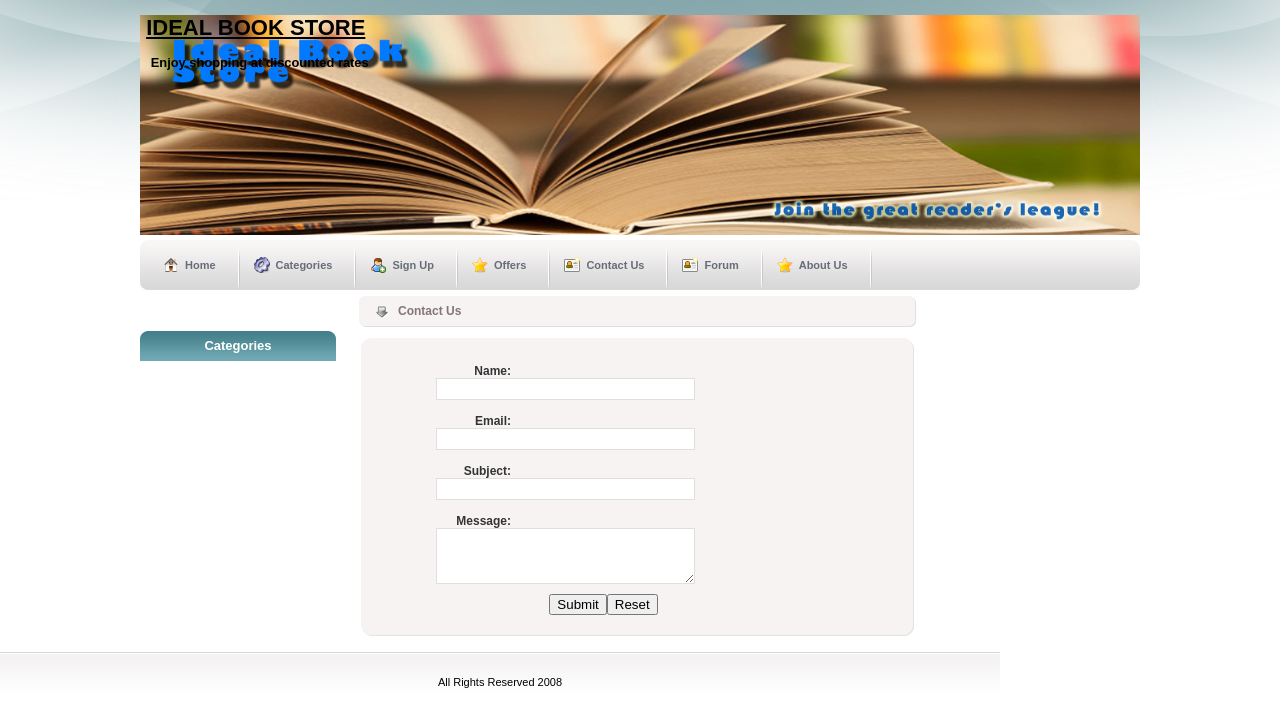
Repository: tusharjain887/Online-Book-Sales
Page: http://localhost/OnlineBook/contact.jsp
These files come from the project's save history. The page is drawn as it stood at one moment and after the next save; the edit follows.
The browser window is 1280 px wide. The pictures show the whole page.
The page is served by Tomcat 9. Queries for data that is not in the repository find no rows.

Above is the page before, as saved 2013-04-09 10:20:22.

After the next save:
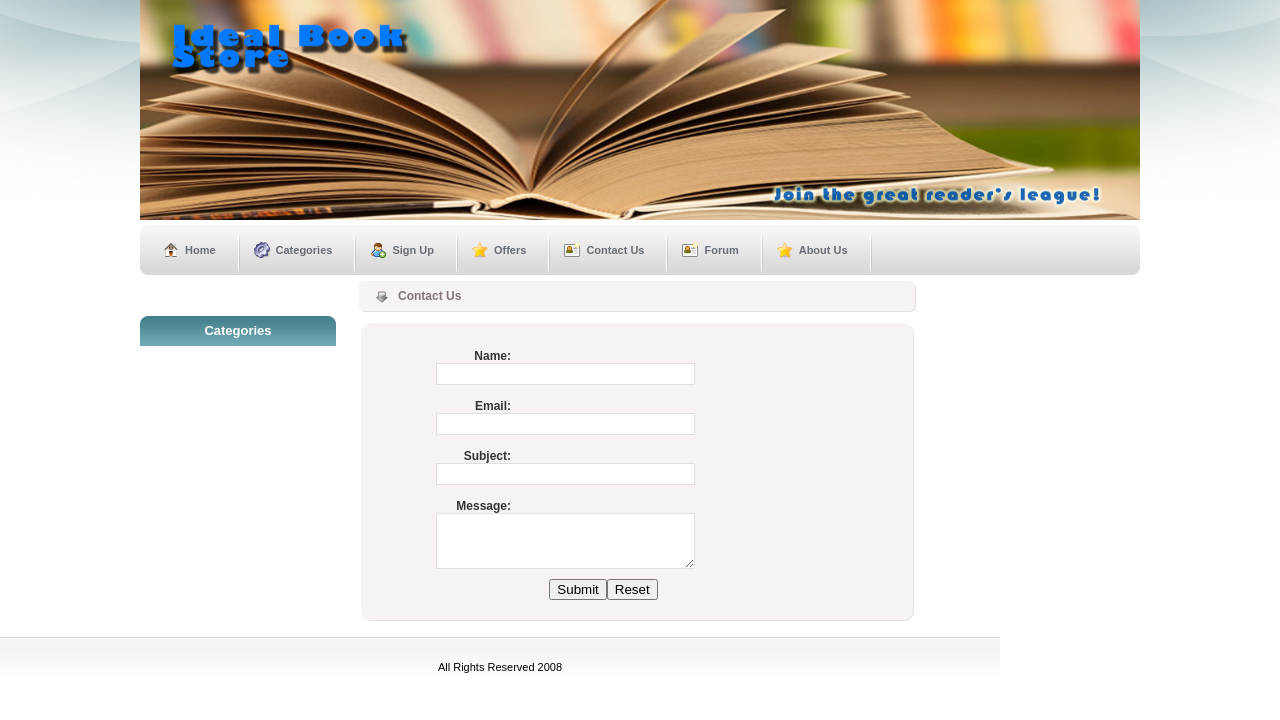
Saved 93 s later.
--- a/PROJECT/workspace/workspace/OnlineBook/WebContent/contact.jsp
+++ b/PROJECT/workspace/workspace/OnlineBook/WebContent/contact.jsp
@@ -5,7 +5,7 @@
 <!DOCTYPE html PUBLIC "-//W3C//DTD XHTML 1.0 Transitional//EN" "http://www.w3.org/TR/xhtml1/DTD/xhtml1-transitional.dtd">
 <html xmlns="http://www.w3.org/1999/xhtml">
 <head>
-<title>Categories</title>
+<title>Contact Us</title>
 <meta http-equiv="Content-Type" content="text/html; charset=windows-1252" />
 <link rel="stylesheet" type="text/css" href="style.css" />
 <!--[if IE 6]>
@@ -29,8 +29,6 @@ if(c!=null)
 	}
 	%>
 	</div>
-	<div class="leftcontent"><h1>&nbsp<u>IDEAL BOOK STORE</u></h1></div>
-    <div class="leftdowncontent"><h3>&nbsp&nbsp&nbspEnjoy shopping at discounted rates</h3></div>
 
   </div>
 
